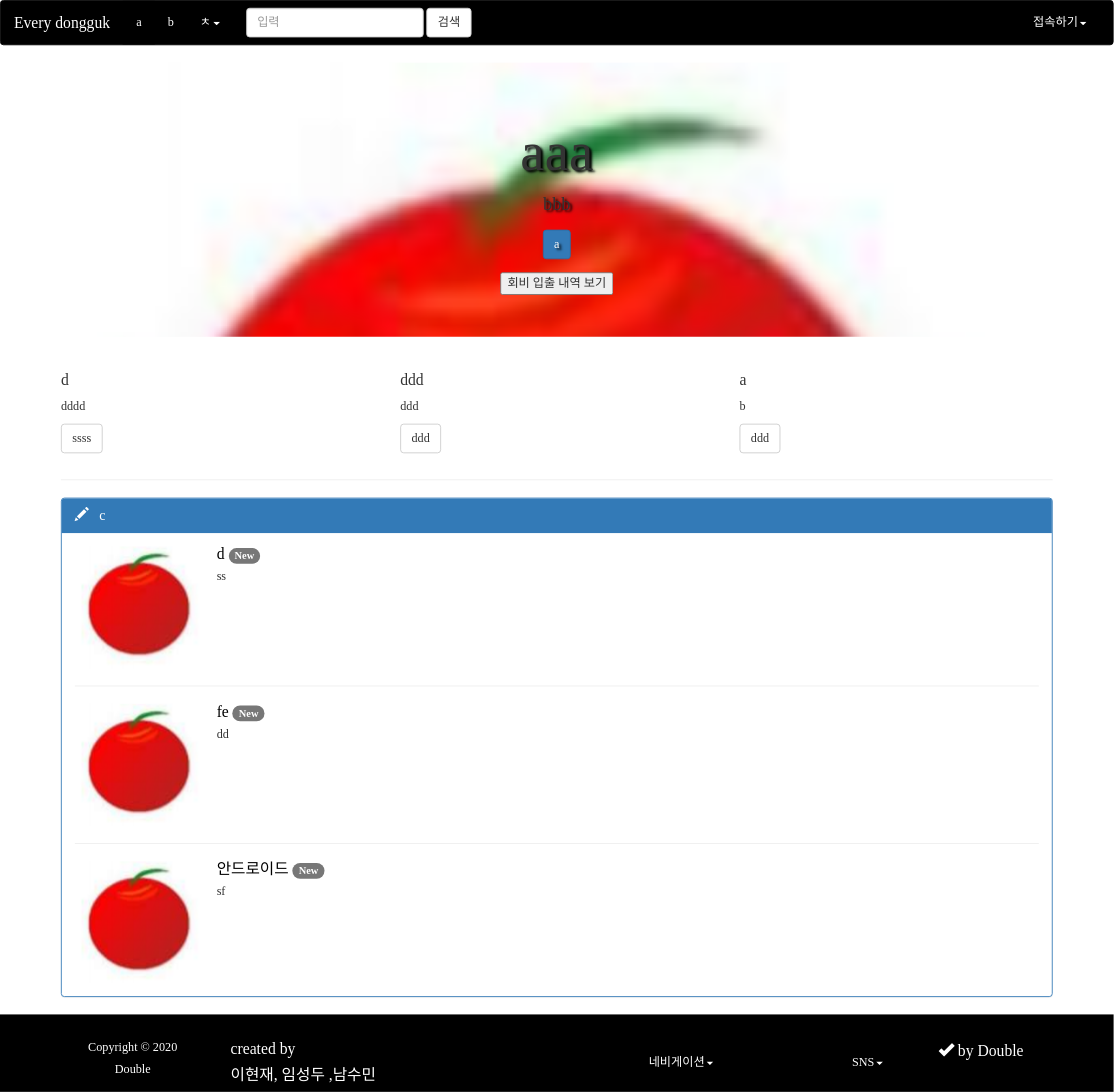
Repository: CSID-DGU/2020-1-ESCD-DOUBLE
Page: http://localhost/web/WEB-INF/views/template/index.jsp
The author's editor kept a copy of each file at every save. The page is drawn from the files as they stood at one save, then again after the next save.
The browser window is 1280 px wide. The pictures show the whole page, at 87% of full size.
Some web fonts or font styles are not loaded; a fallback is used. Some web libraries are served in a nearby version. The page is served by Tomcat 9. Nobody is signed in. Other server files are loaded and not shown. The template is opened directly, without the code that normally fills it, so the values that code supplies are empty.

Above is the page before, as saved 2020-04-30 16:48:43.

### web/src/main/webapp/WEB-INF/views/template/index.jsp
<%@ page language="java" contentType="text/html; charset=EUC-KR"
    pageEncoding="EUC-KR"%>
<%@ taglib prefix="c" uri="http://java.sun.com/jsp/jstl/core"%>
<!DOCTYPE html>
<html>
<head>
<meta charset="EUC-KR">
<title>Insert title here</title>
<link rel="stylesheet" href="resources/css/bootstrap.css">
<link rel="stylesheet" href="resources/css/customize.css">
</head>
<body>
<script src="https://code.jquery.com/jquery-3.1.1.min.js"></script>
<script src="resources/js/bootstrap.js"></script>



<style type="text/css">

.jumbotron{
text-shadow:black 0.2em 0.2em 0.2em;
color:white;
background-image:url('images/apple.png');
background-size:cover;
}

</style>
<%@include file="header.jsp"%>
<div class="container">
	<div class="jumbotron" style='background-image:url("resources/images/apple.png")'>
	<c:if test="${Siscouncil=='1' }">

<h1 class="text-center">${bank.getBname() }</h1>
<p class="text-center">${bank.getBrest() }</p>
<center><button onclick="location='/web/purchase'">구매 내역 등록하기</button></center>




	</c:if>
	<c:if test="${Siscouncil=='0'|| empty Siscouncil }">
		<h1 class="text-center">aaa</h1>
		<p class="text-center">bbb</p>
		<p class="text-center"><a class="btn btn-primary bpt-lg" href="#" role="button">a </a></p>
		</c:if>

	<center><button onclick="location='/web/blistall'">회비 입출 내역 보기</button></center>

	</div>
	<div class="row">
		<div class="col-md-4">
			<h4>d</h4>
			<p>dddd</p>
			<p><a class="btn btn-default" data-target="#modaltest" data-toggle="modal">ssss</a></p>
		</div><!-- modal 이용할때 data-target은 아이디가 들어온것 임의로 지정가능 -->
		<div class="col-md-4">
			<h4>ddd</h4>
			<p>ddd</p>
			<p><a class="btn btn-default" href="instructor.jsp">ddd</a></p>
		</div>
		 	<div class="col-md-4">
			<h4>a</h4>
			<p>b</p>
			<p><a class="btn btn-default" href="lecture.jsp">ddd</a></p>
		</div>

	</div>
	<hr>
	<div class="panel panel-primary">
		<div class="panel-heading">
			<h3 class="panel-title"><span class="glyphicon glyphicon-pencil"></span>
			&nbsp;&nbsp;c</h3>
		</div>
		<div class="panel-body">
			<div class="media"><!-- 사진이나 동영상을 담는 클래스 -->
				<div class="media-left">
					<a href="#"><img class="media-object" src="resources/images/apple.png" alt="c"></a>
				</div>
				<div class="media-body">
					<h4 class="media-heading"> <a href="lecture.jsp?lectureName=C">d&nbsp;<span class="badge">New</span></a></h4>
				ss
				</div>
			 </div><hr>
			 <div class="media">
				<div class="media-left">
					<a href="#"><img class="media-object" src="resources/images/apple.png" alt="j"></a>
				</div>
				<div class="media-body">
					<h4 class="media-heading"> <a href="lecture.jsp?lectureName=Java">fe&nbsp;<span class="badge">New</span></a></h4>
			dd
				</div>
			 </div><hr>
			 <div class="media">
				<div class="media-left">
					<a href="#"><img class="media-object" src="resources/images/apple.png" alt="a"></a>
				</div>
				<div class="media-body">
					<h4 class="media-heading"> <a href="lecture.jsp?lectureName=Android">안드로이드&nbsp;<span class="badge">New</span></a></h4>
				sf
				</div>
			 </div>
		</div>

	</div>


</div>

<div class="row">
	<div class="modal" id="modaltest" tabindex="-1">
		<div class="modal-dialog">
			<div class="modal-content">
				<div class="modal-header">
				fes
				<button class="close" data-dismiss="modal">&times;</button>
				</div>
				<div class="modal-body" style="text-align:center;">
				dfe<br>
				sefd<br><br>
				<img src="resources/images/apple.png" id="imagepreview" style="width: 256px;height:256px;">

				</div>
			</div>
		</div>
	</div>
</div>

<%@include file="footer.jsp"%>

</body>
</html>

### web/src/main/webapp/WEB-INF/views/template/header.jsp
<%@ page language="java" contentType="text/html; charset=EUC-KR"
    pageEncoding="EUC-KR"%>
<!DOCTYPE html>
<html>
<head>
<meta charset="EUC-KR">
<title>Insert title here</title>
<link rel="stylesheet" href="resources/css/bootstrap.css">
<link rel="stylesheet" href="resources/css/customize.css">
</head>
<body>
<script src="https://code.jquery.com/jquery-3.1.1.min.js"></script>
<script src="resources/js/bootstrap.js"></script>
<%@taglib prefix= "c" uri= "http://java.sun.com/jsp/jstl/core" %>
<nav class="navbar navbar-default">
	<div class="container-fluid">

		<div class="navbar-header">
			<button type="button" class="navbar-toggle collapsed" data-toggle="collapse"
			data-target="#bs-example-navbar-collapse-1" aria-expanded="false"><!-- 크기를 줄였을때 나타나는 버튼 -->
				<span class="sr-only"></span>
				<span class="icon-bar"></span>
				<span class="icon-bar"></span>
				<span class="icon-bar"></span>
			</button>
			<a class="navbar-brand" href="index">Every dongguk</a>
		</div>

		<div class="collapse navbar-collapse" id="bs-example-navbar-collapse-1"><!-- 네비 중간 대부분을 차지함 -->
			<ul class="nav navbar-nav">
				<li class="active"><a href="a">a<span class="sr-only"></span></a></li>
				<li><a href="#">b</a></li>
				<li class="dropdown">
				<a href="#" class="dropdown-toggle" data-toggle="dropdown" role="button"
				aria-haspopup="true" aria-expanded="false">ㅊ<span class="caret"></span></a><!-- dropdown 연결이 어떤식인지는 모르겠지만 -->
					<ul class="dropdown-menu">
						<li><a href="#">냐옹</a></li>
						<li><a href="#">머멍</a></li>
						<li><a href="#">왈왈</a></li>
					</ul>
				</li>
			</ul>
			<form class="navbar-form navbar-left">
				<div class="form-group">
				<input type="text" class="form-control" placeholder="입력"></div>
				<button type="submit" class="btn btn-default">검색</button>
			</form>

			<ul class="nav navbar-nav navbar-right">
				<li class="dropdown">
					<a href="#" class="dropdown-toggle" data-toggle="dropdown" role="button"
					aria-haspopup="true" aria-expanded="false"><c:if test="${empty Sid }">접속하기</c:if><c:if test="${not empty Sid }">${Sid }</c:if><span class="caret"></span></a>
					<ul class="dropdown-menu">

					<c:choose>
					<c:when test="${empty Sid }">
						<li><a href="login_form">로그인</a></li>
						<li><a href="register_form">회원가입</a></li>
					</c:when>
					<c:otherwise>
						<li><a href="logout">로그아웃</a></li>
						<li><a href="mypage">마이페이지(${Sid})</a></li>
						</c:otherwise>
						</c:choose>

					</ul>

				</li>
			</ul>

		</div>
	</div>
</nav>



</body>
</html>

### web/src/main/webapp/WEB-INF/views/template/footer.jsp
<%@ page language="java" contentType="text/html; charset=EUC-KR"
    pageEncoding="EUC-KR"%>
<!DOCTYPE html>
<html>
<head>
<meta charset="EUC-KR">
<title>Insert title here</title>
<link rel="stylesheet" href="resources/css/bootstrap.css">
<link rel="stylesheet" href="resources/css/customize.css">
</head>
<body>
<script src="https://code.jquery.com/jquery-3.1.1.min.js"></script>
<script src="resources/js/bootstrap.js"></script>

<style type="text/css">
#footul ,#footul2{
color:white;}
#footul:hover ,#footul2:hover{

background-color:black;


}
#footul:focus,#footul2:hover{
background-color:black;}

</style>

<footer style="background-color: #000000;color:#ffffff">
	<div class="container">
		<br>
		<div class="row">
			<div class="col-sm-2" style="text-align: center;"><h5>Copyright &copy; 2020</h5><h5>Double </h5></div>
			<div class="col-sm-4"><h4>created by<h4><p>이현재, 임성두 ,남수민</p></div>
			<div class="col-sm-2"><h4 style="text-align:center;"></h4>

						<ul class="nav navbar-nav navbar-right">
				<li class="dropdown">
					<a href="#" class="dropdown-toggle" data-toggle="dropdown" role="button"
					aria-haspopup="true" aria-expanded="false" id="footul">네비게이션<span class="caret"></span></a>
					<ul class="dropdown-menu">
						<li><a href="#">냐옹</a></li>
						<li><a href="#">멍멍</a></li>
					</ul>

				</li>
			</ul>
			</div>
			<div class="col-sm-2"><h4 style="text-align:center;"></h4>



							<ul class="nav navbar-nav navbar-right">
				<li class="dropdown">
					<a href="#" class="dropdown-toggle" data-toggle="dropdown" role="button"
					aria-haspopup="true" aria-expanded="false" id="footul2">SNS<span class="caret"></span></a>
					<ul class="dropdown-menu">
						<li><a href="#">뭔가 개발자 이메일 보내기?</a></li>
						<li><a href="#">뭐 그런거...</a></li>
					</ul>

				</li>
			</ul>

			</div>
			<div class="col-sm-2"><h4 style="text-align:center;"><span class="glyphicon glyphicon-ok"></span>&nbsp;by Double</h4></div>
	</div>


</div>
</footer>


</body>
</html>

### web/src/main/webapp/resources/css/customize.css
@import url(http://fonts.googleapis.com/earlyaccess/nanumgothic.css);
*{font-family:'Nanum Gothic';}
a{
	color:#000000;
	text-decoration:none;
}
a:hover{
	color:#bbbbbb;
	text-decoration:none;
	cursor:pointer;
}
.navbar-default{/*까만색!*/
	background-color:#000000;
	border-color:#000000;
}
.navbar-default .navbar-brand{
	color:#ffffff;/*하얀색!*/
}
.navbar-default .navbar-brand:hover,
.navbar-default .navbar-brand:focus{
	background-color:transparent;
	color:#bbbbbb;
}
.navbar-default .navbar-nav> .active>a,
.navbar-default .navbar-nav> .active>a:hover,
.navbar-default .navbar-nav> .active>a:focus{
	color:white;
	background-color:#000000;
}
.navbar-default .navbar-nav> li>a:hover,
.navbar-default .navbar-nav> li>a:focus{
	color:#bbbbbb;
}
.navbar-default .navbar-nav> .open>a,
.navbar-default .navbar-nav> .open>a:hover,
.navbar-default .navbar-nav> .open>a:focus{
	color:#000000;
	background-color:#ffffff;
	text-decoration:none;
}
.navbar-default .navbar-nav>li>a{
	color:white;
}
@media(max-width:767px){
	.navbar-default .navbar-nav .open .dropdown-menu>li>a{
	color:#ffffff;}
	.navbar-default .navbar-nav .open .dropdown-menu>li>a:hover,
	.navbar-default .navbar-nav .open .dropdown-menu>li>a:focus{
	color:#bbbbbb;}

}

Loaded but not shown: web/src/main/webapp/resources/css/bootstrap.css (library); web/src/main/webapp/resources/js/bootstrap.js (library)

After the next save:
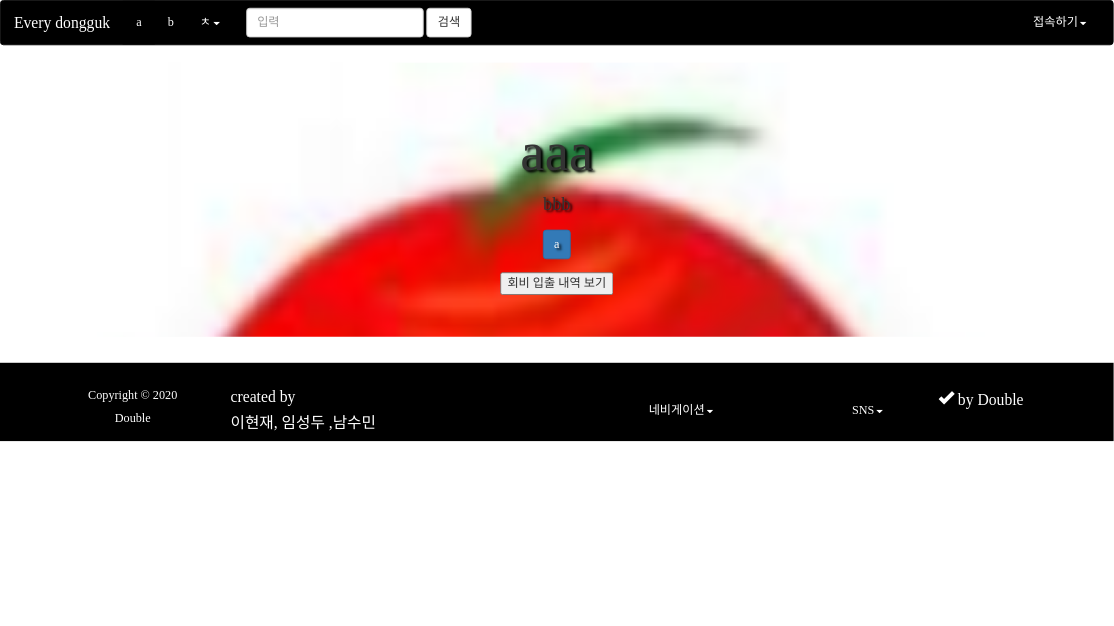
Saved 22 h 49 min later.
--- a/web/src/main/webapp/WEB-INF/views/template/index.jsp
+++ b/web/src/main/webapp/WEB-INF/views/template/index.jsp
@@ -47,61 +47,8 @@ background-size:cover;
 	<center><button onclick="location='/web/blistall'">회비 입출 내역 보기</button></center>
 
 	</div>
-	<div class="row">
-		<div class="col-md-4">
-			<h4>d</h4>
-			<p>dddd</p>
-			<p><a class="btn btn-default" data-target="#modaltest" data-toggle="modal">ssss</a></p>
-		</div><!-- modal 이용할때 data-target은 아이디가 들어온것 임의로 지정가능 -->
-		<div class="col-md-4">
-			<h4>ddd</h4>
-			<p>ddd</p>
-			<p><a class="btn btn-default" href="instructor.jsp">ddd</a></p>
-		</div>
-		 	<div class="col-md-4">
-			<h4>a</h4>
-			<p>b</p>
-			<p><a class="btn btn-default" href="lecture.jsp">ddd</a></p>
-		</div>
 
-	</div>
-	<hr>
-	<div class="panel panel-primary">
-		<div class="panel-heading">
-			<h3 class="panel-title"><span class="glyphicon glyphicon-pencil"></span>
-			&nbsp;&nbsp;c</h3>
-		</div>
-		<div class="panel-body">
-			<div class="media"><!-- 사진이나 동영상을 담는 클래스 -->
-				<div class="media-left">
-					<a href="#"><img class="media-object" src="resources/images/apple.png" alt="c"></a>
-				</div>
-				<div class="media-body">
-					<h4 class="media-heading"> <a href="lecture.jsp?lectureName=C">d&nbsp;<span class="badge">New</span></a></h4>
-				ss
-				</div>
-			 </div><hr>
-			 <div class="media">
-				<div class="media-left">
-					<a href="#"><img class="media-object" src="resources/images/apple.png" alt="j"></a>
-				</div>
-				<div class="media-body">
-					<h4 class="media-heading"> <a href="lecture.jsp?lectureName=Java">fe&nbsp;<span class="badge">New</span></a></h4>
-			dd
-				</div>
-			 </div><hr>
-			 <div class="media">
-				<div class="media-left">
-					<a href="#"><img class="media-object" src="resources/images/apple.png" alt="a"></a>
-				</div>
-				<div class="media-body">
-					<h4 class="media-heading"> <a href="lecture.jsp?lectureName=Android">안드로이드&nbsp;<span class="badge">New</span></a></h4>
-				sf
-				</div>
-			 </div>
-		</div>
 
-	</div>
 
 
 </div>
